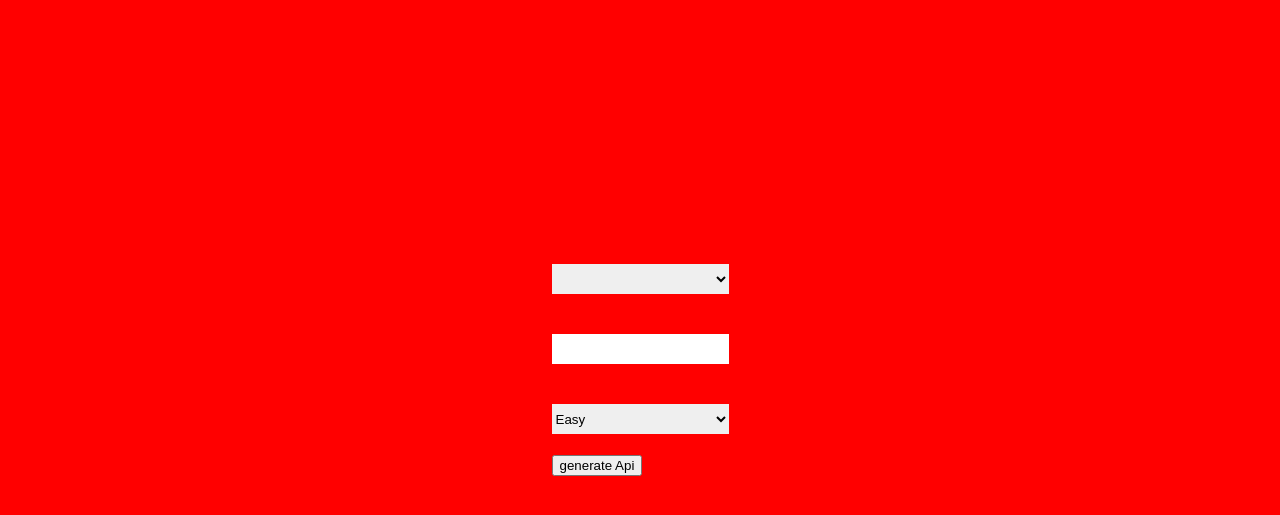
Repository: ranausama48/quiz-App
Page: /
These files come from the project's save history. The page is drawn as it stood at one moment and after the next save; the edit follows.
The browser window is 1280 px wide. The pictures show the whole page.
The page's requests for data from a server got no answer. The project was rebuilt for these pictures with package versions that can differ from the ones it lists, and the page was loaded fresh each time. No one was signed in, and anything a server would have sent is missing. Also part of the build but not shown: src/components/QuestionCard.tsx, src/components/ScorePage.tsx, src/components/QuizDash.tsx.

Above is the page before, as saved 2020-07-26 14:28:13.

### src/App.tsx
import React from "react";
import { getApiData, getCatories } from "./api/api";
import { SingleQuestion } from "./Types/quiz_types";
import Main from "./components/QuizDash";
import styled from "styled-components";
const Container = styled.div`
  background: red;
  height: 100vh;
  display: flex;
  justify-content: center;
  align-items: center;
  flex-direction: column;
  .inner--wraper {
    max-width: 200px;
    select,
    input {
      width: 100% !important;
      border: 0px;
      padding: 0px;
      height: 30px;
      margin: 20px 0px;
    }
  }
`;

function App() {
  const [quiz, setQuiz] = React.useState<SingleQuestion[]>([]);
  let [catagories, setCatagories] = React.useState<object[]>();
  let [apiParams, setapiParams] = React.useState<{
    questionLength: string;
    level: string;
    catagory: string;
  }>({
    questionLength: "1",
    level: "easy",
    catagory: "9",
  });
  const generateApi = () => {
    const { questionLength, level, catagory } = apiParams;
    console.log("questionLength", questionLength);
    console.log("level", level);
    console.log("catagory", catagory);

    async function fetchData() {
      const questions: SingleQuestion[] = await getApiData(
        catagory,
        questionLength,
        level
      );
      console.log(questions);
      setQuiz(questions);
    }
    fetchData();
  };
  React.useEffect(() => {
    async function fetchCatory() {
      const catories: SingleQuestion[] = await getCatories();

      setCatagories(catories);
    }
    fetchCatory();
  }, []);
  const changeHandler = (e: any) => {
    const value = e.target.value;
    const name = e.target.name;
    setapiParams((prev) => {
      return {
        ...prev,
        [name]: value,
      };
    });
  };
  return (
    <Container className="app">
      {quiz[0] ? (
        <Main question={quiz} />
      ) : (
        <div className="inner--wraper">
          <select onChange={changeHandler} name="catagory">
            {catagories
              ? catagories.map((data: any, index: number) => (
                  <option value={data.id}>
                    {console.log(data)}
                    {data.name}
                  </option>
                ))
              : []}
          </select>
          <div>
            <input
              type="number"
              name="questionLength"
              id=""
              onChange={changeHandler}
            />
          </div>
          <select onChange={changeHandler} name="level">
            <option value="easy">Easy</option>
            <option value="medium">Medium</option>
            <option value="hard">Hard</option>
          </select>
          <button onClick={generateApi}> generate Api</button>
        </div>
      )}
    </Container>
  );
}

export default App;

### src/api/api.ts
import { OverallQuiz, SingleQuestion } from "../Types/quiz_types";
export const shuffleArray = (array: any[]) => {
  [...array].sort(() => Math.random() - 0.5);
};

export const getApiData = async (
  catagory: string,
  questionLength: string,
  level: string
): Promise<SingleQuestion[]> => {
  console.log("questionLength", questionLength);
  console.log("catagory", catagory);

  console.log("level", level);

  const res = await fetch(
    `https://opentdb.com/api.php?amount=${questionLength}&category=${catagory}&difficulty=${level}`
  );
  console.log(res);
  let { results } = await res.json();
  console.log(results);
  const quiz: SingleQuestion[] = results.map((questionObj: OverallQuiz) => {
    return {
      question: questionObj.question,
      answer: questionObj.correct_answer,
      option: questionObj.incorrect_answers.concat(questionObj.correct_answer),
    };
  });
  return quiz;
};

export const getCatories = async () => {
  const res = await fetch(`https://opentdb.com/api_category.php`);
  const { trivia_categories } = await res.json();
  return trivia_categories;
};

Loaded but not shown: public/index.html (common file); src/index.tsx (common file); src/index.css (common file); src/serviceWorker.ts (common file)

After the next save:
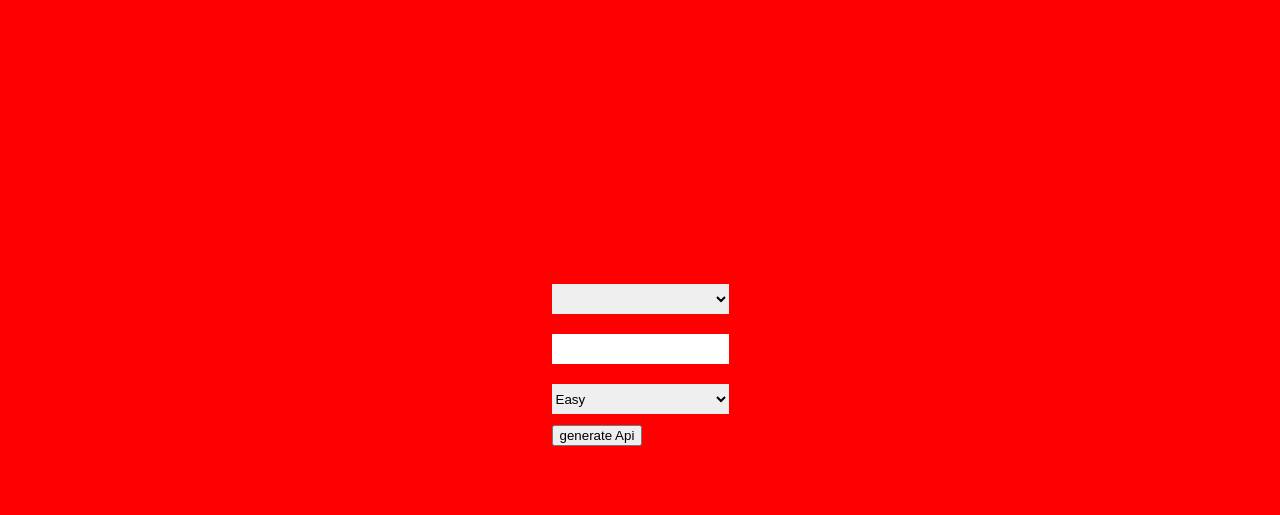
Saved 8 s later.
--- a/src/App.tsx
+++ b/src/App.tsx
@@ -18,7 +18,7 @@ const Container = styled.div`
       border: 0px;
       padding: 0px;
       height: 30px;
-      margin: 20px 0px;
+      margin: 10px 0px;
     }
   }
 `;
